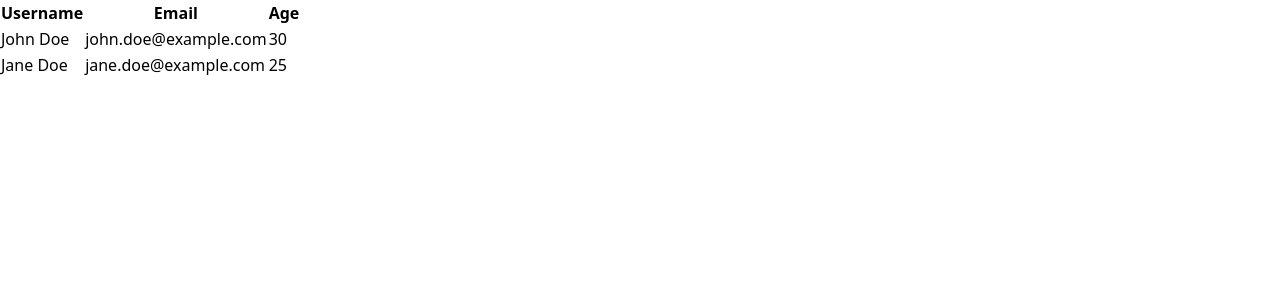
Repository: Yahya9102/Java22-ux22-Sideproject-main
Page: /
An editor plug-in stored every save of this project. The page is shown before and after the next save, followed by the edit.
The browser window is 1280 px wide. The pictures show the whole page.
The project was rebuilt for these pictures with package versions that can differ from the ones it lists, and the page was loaded fresh each time. The framework's server and built-in components were replaced by stand-ins that run in the browser. Also part of the build but not shown: next.config.js.

Above is the page before, as saved 2023-04-13 10:00:52.

### pages/index.tsx
import { NextPage } from "next"
import Body from "@/p-components/body"

interface Props {}

const Index: NextPage<Props> = ({}) => {
  return (
    <div>
      <Body />
    </div>
  )
}

export default Index

### styles/globals.css
@tailwind base;
@tailwind components;
@tailwind utilities;
/*
:root {
  --max-width: 1100px;
  --border-radius: 12px;
  --font-mono: ui-monospace, Menlo, Monaco, "Cascadia Mono", "Segoe UI Mono",
    "Roboto Mono", "Oxygen Mono", "Ubuntu Monospace", "Source Code Pro",
    "Fira Mono", "Droid Sans Mono", "Courier New", monospace;

  --foreground-rgb: 0, 0, 0;
  --background-start-rgb: 214, 219, 220;
  --background-end-rgb: 255, 255, 255;

  --primary-glow: conic-gradient(
    from 180deg at 50% 50%,
    #16abff33 0deg,
    #0885ff33 55deg,
    #54d6ff33 120deg,
    #0071ff33 160deg,
    transparent 360deg
  );
  --secondary-glow: radial-gradient(
    rgba(255, 255, 255, 1),
    rgba(255, 255, 255, 0)
  );

  --tile-start-rgb: 239, 245, 249;
  --tile-end-rgb: 228, 232, 233;
  --tile-border: conic-gradient(
    #00000080,
    #00000040,
    #00000030,
    #00000020,
    #00000010,
    #00000010,
    #00000080
  );

  --callout-rgb: 238, 240, 241;
  --callout-border-rgb: 172, 175, 176;
  --card-rgb: 180, 185, 188;
  --card-border-rgb: 131, 134, 135;
}

@media (prefers-color-scheme: dark) {
  :root {
    --foreground-rgb: 255, 255, 255;
    --background-start-rgb: 0, 0, 0;
    --background-end-rgb: 0, 0, 0;

    --primary-glow: radial-gradient(rgba(1, 65, 255, 0.4), rgba(1, 65, 255, 0));
    --secondary-glow: linear-gradient(
      to bottom right,
      rgba(1, 65, 255, 0),
      rgba(1, 65, 255, 0),
      rgba(1, 65, 255, 0.3)
    );

    --tile-start-rgb: 2, 13, 46;
    --tile-end-rgb: 2, 5, 19;
    --tile-border: conic-gradient(
      #ffffff80,
      #ffffff40,
      #ffffff30,
      #ffffff20,
      #ffffff10,
      #ffffff10,
      #ffffff80
    );

    --callout-rgb: 20, 20, 20;
    --callout-border-rgb: 108, 108, 108;
    --card-rgb: 100, 100, 100;
    --card-border-rgb: 200, 200, 200;
  }
}

* {
  box-sizing: border-box;
  padding: 0;
  margin: 0;
}

html,
body {
  max-width: 100vw;
  overflow-x: hidden;
}

body {
  color: rgb(var(--foreground-rgb));
  background: linear-gradient(
      to bottom,
      transparent,
      rgb(var(--background-end-rgb))
    )
    rgb(var(--background-start-rgb));
}

a {
  color: inherit;
  text-decoration: none;
}

@media (prefers-color-scheme: dark) {
  html {
    color-scheme: dark;
  }
}
*/

### p-components/body.tsx
import { NextPage } from "next"

interface Props {}

const Body: NextPage<Props> = ({}) => {
  return (
    <fieldset>
      <table>
        <thead>
          <tr>
            <th>Username</th>
            <th>Email</th>
            <th>Age</th>
          </tr>
        </thead>
        <tbody>
          <tr>
            <td>John Doe</td>
            <td>john.doe@example.com</td>
            <td>30</td>
          </tr>
          <tr>
            <td>Jane Doe</td>
            <td>jane.doe@example.com</td>
            <td>25</td>
          </tr>
        </tbody>
      </table>
    </fieldset>
  )
}

export default Body

Loaded but not shown: pages/_app.tsx (common file); pages/_document.tsx (common file); tailwind.config.js (common file)

After the next save:
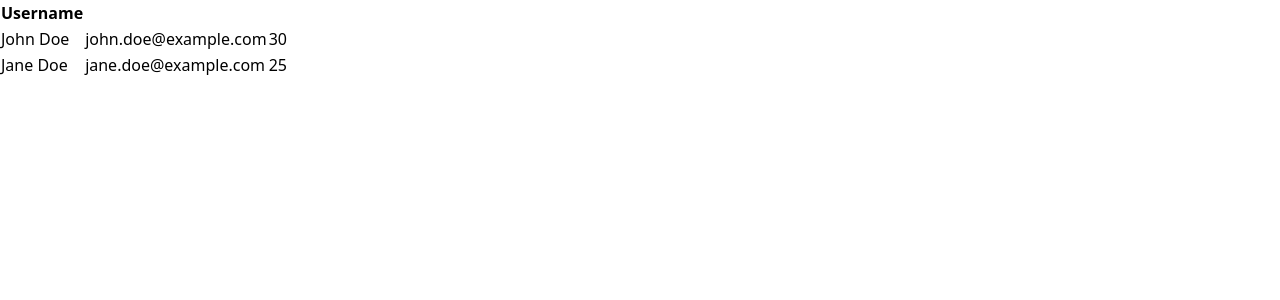
Saved 16 s later.
--- a/p-components/body.tsx
+++ b/p-components/body.tsx
@@ -9,8 +9,6 @@ const Body: NextPage<Props> = ({}) => {
         <thead>
           <tr>
             <th>Username</th>
-            <th>Email</th>
-            <th>Age</th>
           </tr>
         </thead>
         <tbody>
